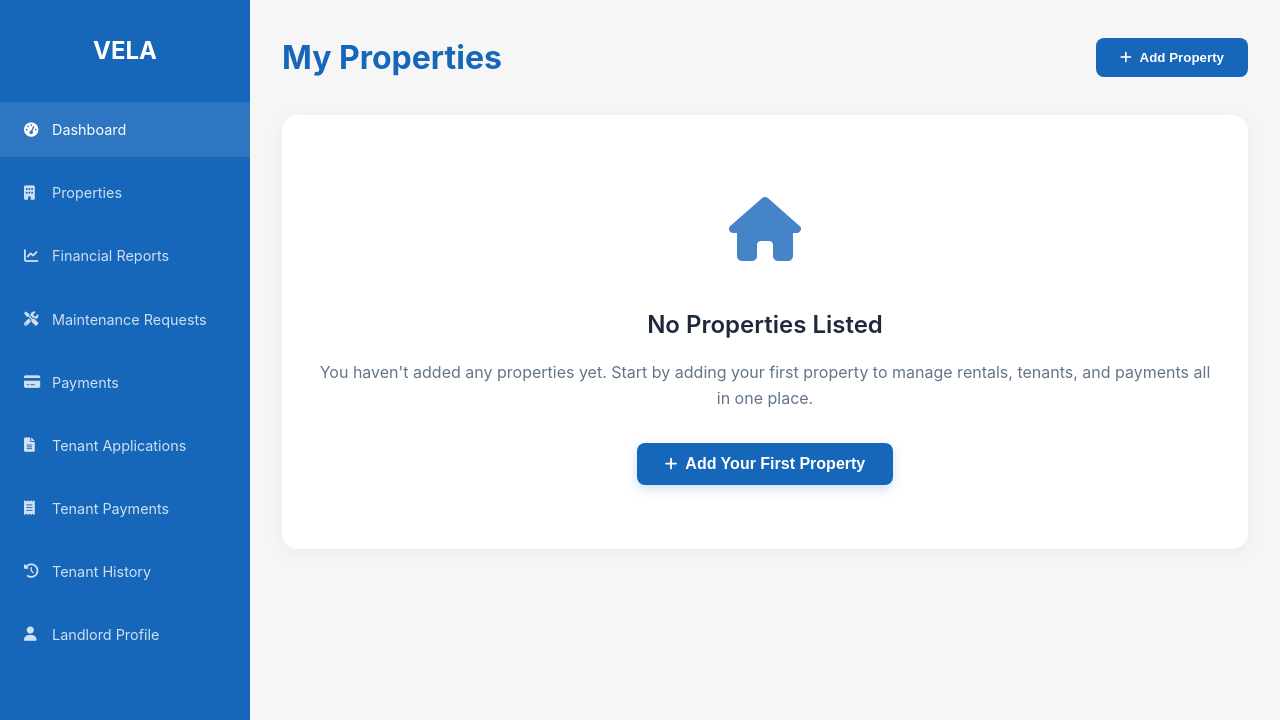
Repository: rizzerk/vela
Page: http://localhost/vela/LANDLORD/properties.php
The author's editor kept a copy of each file at every save. The page is drawn from the files as they stood at one save, then again after the next save.
The browser window is 1280 px wide. The pictures show the whole page.
The page is run by PHP 8.4 with error messages shown; the project is at /var/www/html/. Queries for data that is not in the repository find no rows.

Above is the page before, as saved 2025-06-28 18:50:24.

### LANDLORD/properties.php
<?php
session_start();
include '../connection.php';

// Check if user is logged in

// Fetch all properties with their first photo
$query = "SELECT p.*,
                 (SELECT file_path FROM PROPERTY_PHOTO
                  WHERE property_id = p.property_id
                  ORDER BY uploaded_at ASC LIMIT 1) AS first_photo
          FROM PROPERTY p";
$result = mysqli_query($conn, $query);
$properties = mysqli_fetch_all($result, MYSQLI_ASSOC);
?>

<!DOCTYPE html>
<html lang="en">
<head>
    <meta charset="UTF-8">
    <meta name="viewport" content="width=device-width, initial-scale=1.0">
    <title>My Properties - VELA</title>
    <link rel="stylesheet" href="https://cdnjs.cloudflare.com/ajax/libs/font-awesome/6.0.0/css/all.min.css">
    <style>
        /* Image handling styles */
        .property-image {
            height: 200px;
            background-size: cover;
            background-position: center;
            position: relative;
            background-color: #f0f7ff;
        }

        .no-image {
            display: flex;
            align-items: center;
            justify-content: center;
            background-color: #e3f2fd;
            color: #1666ba;
            font-size: 3rem;
        }

        /* Base styles */
        * {
            margin: 0;
            padding: 0;
            box-sizing: border-box;
        }

        body {
            font-family: 'Inter', -apple-system, BlinkMacSystemFont, 'Segoe UI', Roboto, sans-serif;
            background-color: #f6f6f6;
            color: #1e293b;
            line-height: 1.6;
            min-height: 100vh;
        }

        .main-content {
            margin-left: 250px;
            padding: 2rem;
        }

        .header {
            display: flex;
            justify-content: space-between;
            align-items: center;
            margin-bottom: 2rem;
        }

        .header h1 {
            font-size: 2rem;
            color: #1666ba;
            font-weight: 700;
        }

        .add-property-btn {
            background-color: #1666ba;
            color: white;
            border: none;
            padding: 0.75rem 1.5rem;
            border-radius: 8px;
            font-weight: 600;
            cursor: pointer;
            display: flex;
            align-items: center;
            gap: 0.5rem;
            transition: background-color 0.3s ease;
        }

        .add-property-btn:hover {
            background-color: #12559e;
        }

        .properties-grid {
            display: grid;
            grid-template-columns: repeat(auto-fill, minmax(300px, 1fr));
            gap: 2rem;
        }

        .property-card {
            background: white;
            border-radius: 12px;
            overflow: hidden;
            box-shadow: 0 4px 12px rgba(0, 0, 0, 0.1);
            transition: transform 0.3s ease, box-shadow 0.3s ease;
        }

        .property-card:hover {
            transform: translateY(-5px);
            box-shadow: 0 8px 24px rgba(0, 0, 0, 0.15);
        }

        .property-status {
            position: absolute;
            top: 1rem;
            right: 1rem;
            padding: 0.25rem 0.75rem;
            border-radius: 20px;
            font-size: 0.8rem;
            font-weight: 600;
        }

        .status-available {
            background-color: #4ade80;
            color: white;
        }

        .status-unavailable {
            background-color: #f87171;
            color: white;
        }

        .status-maintenance {
            background-color: #fbbf24;
            color: white;
        }

        .property-details {
            padding: 1.5rem;
        }

        .property-title {
            font-size: 1.25rem;
            font-weight: 700;
            margin-bottom: 0.5rem;
            color: #1666ba;
        }

        .property-address {
            color: #64748b;
            margin-bottom: 1rem;
            font-size: 0.9rem;
        }

        .property-price {
            font-size: 1.1rem;
            font-weight: 700;
            color: #1666ba;
            margin-bottom: 1.5rem;
        }

        .property-actions {
            display: flex;
            gap: 0.75rem;
        }

        .action-btn {
            flex: 1;
            padding: 0.5rem;
            border-radius: 6px;
            border: none;
            font-weight: 600;
            cursor: pointer;
            display: flex;
            align-items: center;
            justify-content: center;
            gap: 0.5rem;
            transition: background-color 0.3s ease;
        }

        .edit-btn {
            background-color: #e0f2fe;
            color: #0369a1;
        }

        .edit-btn:hover {
            background-color: #bae6fd;
        }

        .delete-btn {
            background-color: #fee2e2;
            color: #b91c1c;
        }

        .delete-btn:hover {
            background-color: #fecaca;
        }

        .empty-state {
    text-align: center;
    padding: 4rem 2rem;
    background: white;
    border-radius: 16px;
    box-shadow: 0 4px 20px rgba(0, 0, 0, 0.05);
    width: 100%;
    margin: 2rem 0;
    transition: all 0.3s ease;
    display: flex;
    flex-direction: column;
    align-items: center; /* This centers all child elements horizontally */
}

.empty-state .add-property-btn {
    padding: 0.75rem 1.75rem;
    font-size: 1rem;
    border-radius: 8px;
    box-shadow: 0 4px 12px rgba(22, 102, 186, 0.2);
    width: auto; /* Remove any fixed width */
    display: inline-flex; /* Makes the button only as wide as its content */
    justify-content: center; /* Centers the button content */
}
.empty-state:hover {
    box-shadow: 0 8px 30px rgba(0, 0, 0, 0.1);
    transform: translateY(-2px);
}

.empty-state-icon {
    font-size: 4rem;
    color: #1666ba;
    margin-bottom: 1.5rem;
    opacity: 0.8;
}

.empty-state h3 {
    font-size: 1.5rem;
    margin-bottom: 1rem;
    color: #1e293b;
    font-weight: 600;
}

.empty-state p {
    color: #64748b;
    margin-bottom: 2rem;
    line-height: 1.6;
    font-size: 1rem;
}

.empty-state .add-property-btn {
    padding: 0.75rem 1.75rem;
    font-size: 1rem;
    border-radius: 8px;
    box-shadow: 0 4px 12px rgba(22, 102, 186, 0.2);
}

.empty-state .add-property-btn i {
    font-size: 0.9rem;
}

        @media (max-width: 1024px) {
            .properties-grid {
                grid-template-columns: repeat(auto-fill, minmax(250px, 1fr));
            }
        }

        @media (max-width: 768px) {
            .main-content {
                margin-left: 0;
                padding: 1rem;
            }

            .header {
                flex-direction: column;
                align-items: flex-start;
                gap: 1rem;
            }

            .add-property-btn {
                width: 100%;
            }
        }
    </style>
</head>
<body>
    <?php include ('../includes/navbar/landlord-sidebar.html'); ?>

    <div class="main-content">
        <div class="header">
            <h1>My Properties</h1>
            <button class="add-property-btn" onclick="window.location.href='add-property.php'">
                <i class="fas fa-plus"></i> Add Property
            </button>
        </div>

        <?php if (empty($properties)): ?>
              <div class="empty-state">
              <div class="empty-state-icon">
                  <i class="fas fa-home"></i>
              </div>
              <h3>No Properties Listed</h3>
              <p>You haven't added any properties yet. Start by adding your first property to manage rentals, tenants, and payments all in one place.</p>
              <button class="add-property-btn" onclick="window.location.href='add-property.php'">
                  <i class="fas fa-plus"></i> Add Your First Property
              </button>
          </div>
        <?php else: ?>
            <div class="properties-grid">
                <?php foreach ($properties as $property): ?>
                    <div class="property-card">
                        <div class="property-image <?php echo empty($property['first_photo']) ? 'no-image' : ''; ?>"
                             style="<?php if (!empty($property['first_photo'])) echo "background-image: url('../" . htmlspecialchars($property['first_photo']) . "')"; ?>">
                            <?php if (empty($property['first_photo'])): ?>
                                <i class="fas fa-home"></i>
                            <?php endif; ?>
                            <span class="property-status status-<?php echo strtolower($property['status']); ?>">
                                <?php echo ucfirst($property['status']); ?>
                            </span>
                        </div>
                        <div class="property-details">
                            <h3 class="property-title"><?php echo htmlspecialchars($property['title']); ?></h3>
                            <p class="property-address"><?php echo htmlspecialchars($property['address']); ?></p>
                            <p class="property-price">₱<?php echo number_format($property['monthly_rent'], 2); ?>/month</p>
                            <div class="property-actions">
                                <button class="action-btn edit-btn">
                                    <i class="fas fa-edit"></i> Edit
                                </button>
                                <button class="action-btn delete-btn" data-id="<?php echo $property['property_id']; ?>">
                                    <i class="fas fa-trash"></i> Delete
                                </button>
                            </div>
                        </div>
                    </div>
                <?php endforeach; ?>
            </div>
        <?php endif; ?>
    </div>

    <script>
        // Delete property functionality
        document.querySelectorAll('.delete-btn').forEach(button => {
            button.addEventListener('click', function() {
                const propertyId = this.getAttribute('data-id');
                if (confirm('Are you sure you want to delete this property?')) {
                    fetch(`delete-property.php?id=${propertyId}`, {
                        method: 'DELETE'
                    })
                    .then(response => response.json())
                    .then(data => {
                        if (data.success) {
                            this.closest('.property-card').remove();
                            // Check if no properties left to show empty state
                            if (document.querySelectorAll('.property-card').length === 0) {
                                window.location.reload();
                            }
                        } else {
                            alert('Error deleting property: ' + data.message);
                        }
                    })
                    .catch(error => {
                        console.error('Error:', error);
                        alert('An error occurred while deleting the property');
                    });
                }
            });
        });
    </script>
</body>
</html>

### connection.php
<?php
$host = 'localhost';
$dbname = 'vela';
$username = 'root';
$password = '';

// Create connection
$conn = new mysqli($host, $username, $password, $dbname);

// Check connection
if ($conn->connect_error) {
    error_log("Connection failed: " . $conn->connect_error);
    die("Connection error. Please try again later.");
}

mysqli_report(MYSQLI_REPORT_ERROR | MYSQLI_REPORT_STRICT);

// Set charset
$conn->set_charset("utf8mb4");



?>

### includes/navbar/landlord-sidebar.html
<div class="sidebar">
    <div class="sidebar-header">
        <h2>VELA</h2>
    </div>
    <ul class="nav-menu">
        <li class="nav-item">
            <a href="#" class="nav-link active">
                <i class="fas fa-tachometer-alt"></i>
                Dashboard
            </a>
        </li>
        <li class="nav-item">
            <a href="#" class="nav-link">
                <i class="fas fa-building"></i>
                Properties
            </a>
        </li>
        <li class="nav-item">
            <a href="#" class="nav-link">
                <i class="fas fa-chart-line"></i>
                Financial Reports
            </a>
        </li>
        <li class="nav-item">
            <a href="#" class="nav-link">
                <i class="fas fa-tools"></i>
                Maintenance Requests
            </a>
        </li>
        <li class="nav-item">
            <a href="#" class="nav-link">
                <i class="fas fa-credit-card"></i>
                Payments
            </a>
        </li>
        <li class="nav-item">
            <a href="#" class="nav-link">
                <i class="fas fa-file-alt"></i>
                Tenant Applications
            </a>
        </li>
        <li class="nav-item">
            <a href="#" class="nav-link">
                <i class="fas fa-receipt"></i>
                Tenant Payments
            </a>
        </li>
        <li class="nav-item">
            <a href="#" class="nav-link">
                <i class="fas fa-history"></i>
                Tenant History
            </a>
        </li>
        <li class="nav-item">
            <a href="#" class="nav-link">
                <i class="fas fa-user"></i>
                Landlord Profile
            </a>
        </li>
    </ul>
</div>

<style>
.sidebar {
    position: fixed;
    left: 0;
    top: 0;
    width: 250px;
    height: 100vh;
    background: #1666ba;
    padding: 2rem 0;
    z-index: 1000;
}

.sidebar-header {
    text-align: center;
    margin-bottom: 2rem;
    padding: 0 1rem;
}

.sidebar-header h2 {
    color: white;
    font-size: 1.5rem;
    font-weight: 700;
}

.nav-menu {
    list-style: none;
}

.nav-item {
    margin-bottom: 0.5rem;
}

.nav-link {
    display: flex;
    align-items: center;
    padding: 1rem 1.5rem;
    color: rgba(255, 255, 255, 0.8);
    text-decoration: none;
    transition: all 0.3s ease;
    font-size: 0.9rem;
}

.nav-link:hover,
.nav-link.active {
    background: rgba(255, 255, 255, 0.1);
    color: white;
}

.nav-link i {
    margin-right: 0.75rem;
    width: 16px;
}

.main-content {
    margin-left: 250px;
}

@media (max-width: 1024px) {
    .sidebar {
        width: 200px;
    }

    .main-content {
        margin-left: 200px;
    }
}

@media (max-width: 768px) {
    .sidebar {
        transform: translateX(-100%);
        transition: transform 0.3s ease;
    }

    .main-content {
        margin-left: 0;
    }
}
</style>

After the next save:
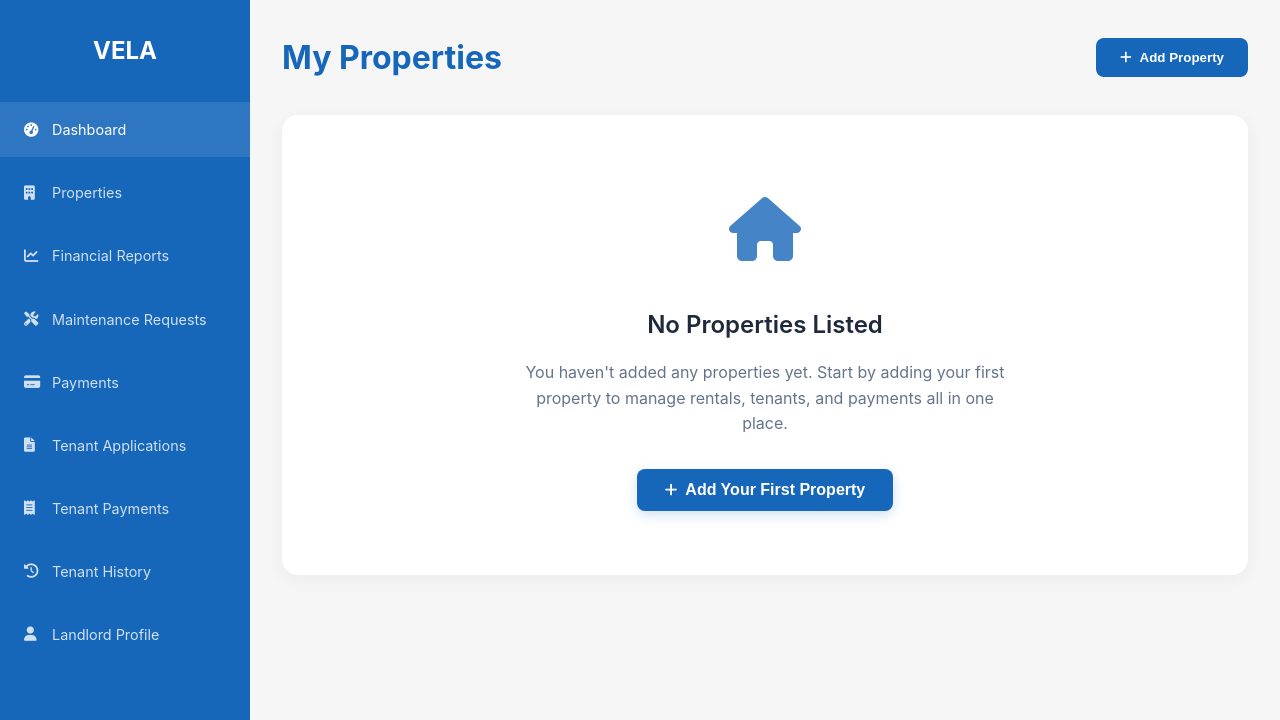
Saved 31 s later.
--- a/LANDLORD/properties.php
+++ b/LANDLORD/properties.php
@@ -236,6 +236,7 @@ $properties = mysqli_fetch_all($result, MYSQLI_ASSOC);
     margin-bottom: 1rem;
     color: #1e293b;
     font-weight: 600;
+    max-width: 500px;
 }
 
 .empty-state p {
@@ -243,6 +244,7 @@ $properties = mysqli_fetch_all($result, MYSQLI_ASSOC);
     margin-bottom: 2rem;
     line-height: 1.6;
     font-size: 1rem;
+    max-width: 500px;
 }
 
 .empty-state .add-property-btn {
